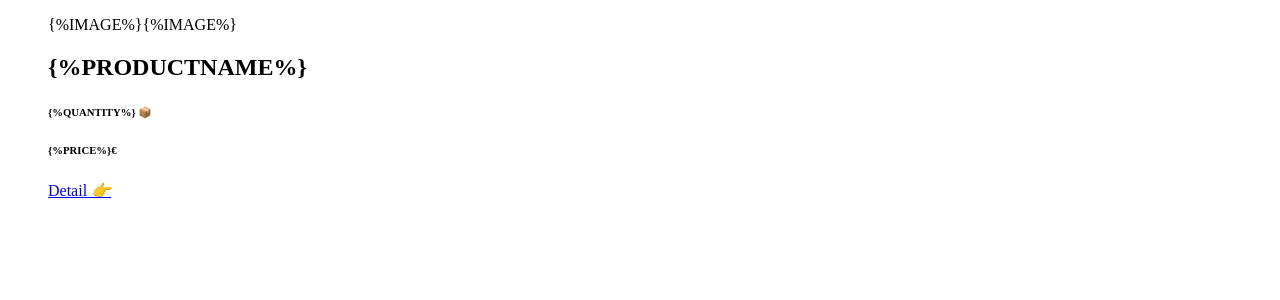
Repository: Kaii-Dev/NODEJS-by-JONAS
Page: 1-node-farm/starter/templates/card.html
An editor plug-in stored every save of this project. The page is shown before and after a run of saves, followed by the edit.
The browser window is 1280 px wide. The pictures show the whole page.

Above is the page before, as saved 2022-08-03 14:44:19.

### 1-node-farm/starter/templates/card.html
<figure class="card">
   <div class="card__emoji">{%IMAGE%}{%IMAGE%}</div>
   <div class="card__title-box">
     <h2 class="card__title">{%PRODUCTNAME%}</h2>
   </div>

   <div class="card__details">
       <h6 class="card__detail">{%QUANTITY%} 📦</h6>
     </div>

     <div class="card__detail-box">
       <h6 class="card__detail card__detail--price">{%PRICE%}€</h6>
     </div>
   </div>

   <a class="card__link" href="/product?id={%ID%}">
     <span>Detail <i class="emoji-right">👉</i></span>
   </a>
 </figure>

After the next 2 saves:
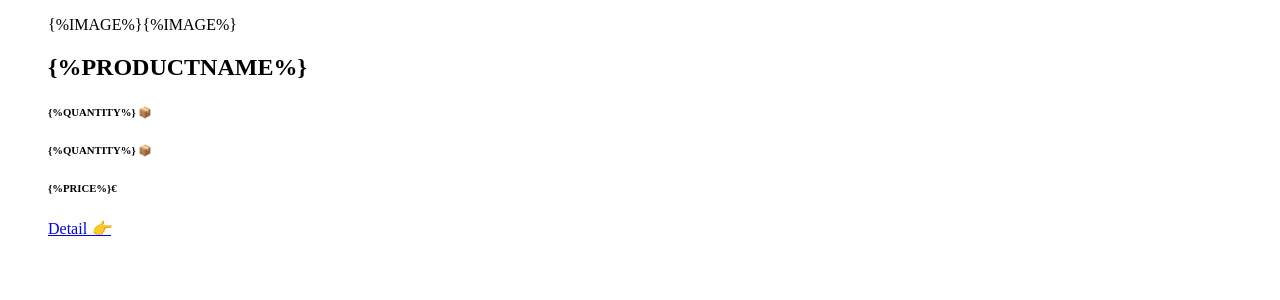
The 2 saves are shown as one change because they came seconds apart.
The last was saved 6 s later.
--- a/1-node-farm/starter/templates/card.html
+++ b/1-node-farm/starter/templates/card.html
@@ -3,6 +3,11 @@
    <div class="card__title-box">
      <h2 class="card__title">{%PRODUCTNAME%}</h2>
    </div>
+
+   <div class="card__details">
+      <div class="card__detail-box {%NOT_ORGANIC%}">
+        <h6 class="card__detail">{%QUANTITY%} 📦</h6>
+      </div>
 
    <div class="card__details">
        <h6 class="card__detail">{%QUANTITY%} 📦</h6>
